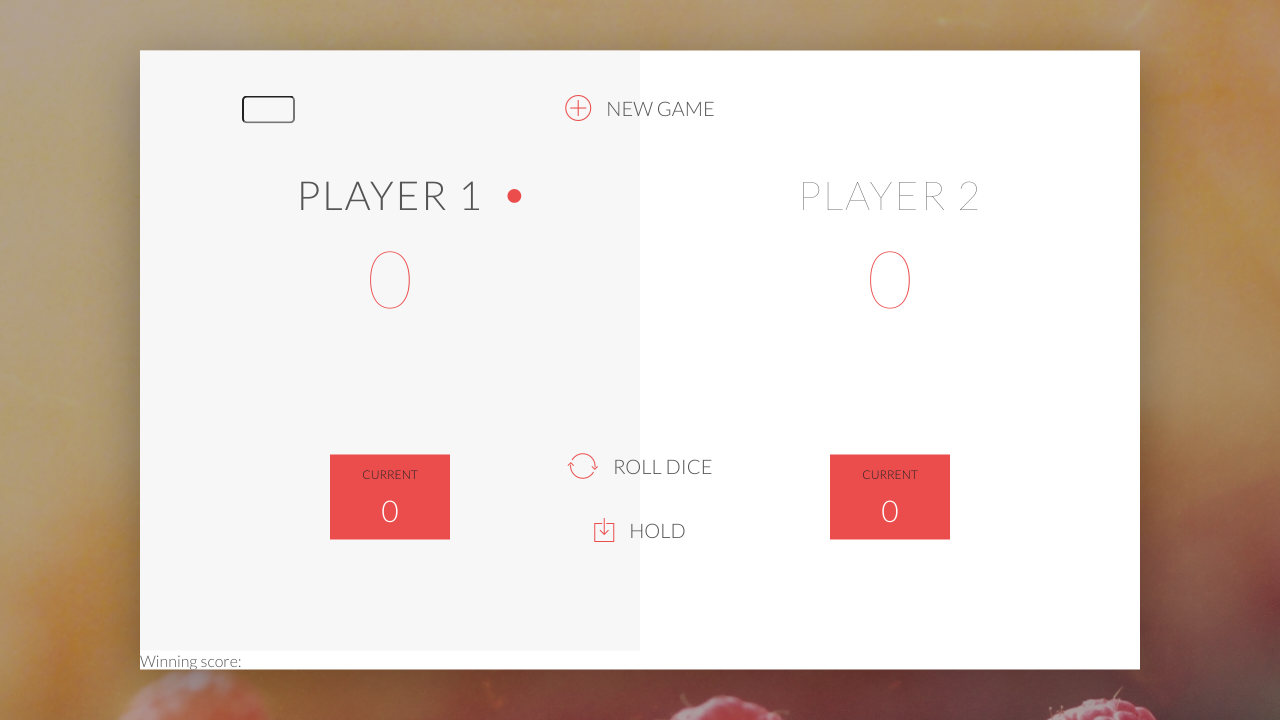
Repository: hexanek/hexanek.github.io
Page: pig-game/index.html
An editor plug-in stored every save of this project. The page is shown before and after the next save, followed by the edit.
The browser window is 1280 px wide. The pictures show the whole page.

Above is the page before, as saved 2019-12-19 23:30:56.

### pig-game/index.html
<!DOCTYPE html>
<html lang="en">
    <head>
        <meta charset="UTF-8">
        <link href="https://fonts.googleapis.com/css?family=Lato:100,300,600" rel="stylesheet" type="text/css">
        <link href="http://code.ionicframework.com/ionicons/2.0.1/css/ionicons.min.css" rel="stylesheet" type="text/css">
        <link type="text/css" rel="stylesheet" href="style.css">

        <title>Pig Game</title>
    </head>

    <body>
        <div class="wrapper clearfix">
            <div class="player-0-panel active">
                <div class="player-name" id="name-0">Player 1</div>
                <div class="player-score" id="score-0">43</div>
                <div class="player-current-box">
                    <div class="player-current-label">Current</div>
                    <div class="player-current-score" id="current-0">11</div>
                </div>
            </div>

            <div class="player-1-panel">
                <div class="player-name" id="name-1">Player 2</div>
                <div class="player-score" id="score-1">72</div>
                <div class="player-current-box">
                    <div class="player-current-label">Current</div>
                    <div class="player-current-score" id="current-1">0</div>
                </div>
            </div>

            <button class="btn-new"><i class="ion-ios-plus-outline"></i>New game</button>
            <button class="btn-roll"><i class="ion-ios-loop"></i>Roll dice</button>
            <button class="btn-hold"><i class="ion-ios-download-outline"></i>Hold</button>
            <!-- <button class="btn-save" form="formScore"><i class="ion-archive"></i>Save</button> -->
            <!-- <form action="#" class="form-score" id="formScore"> -->
            Winning score: <input class="input-score" type="number" name="WinningScore" id="winScore">
            <!-- </form> -->
            <img src="dice-5.png" alt="Dice" class="dice">
            <img src="dice-4.png" alt="Dice2" class="dice2" id="dice2">

        </div>

        <script src="app.js"></script>
    </body>
</html>

### pig-game/style.css
/**********************************************
*** GENERAL
**********************************************/

* {
    margin: 0;
    padding: 0;
    box-sizing: border-box;

}

.clearfix::after {
    content: "";
    display: table;
    clear: both;
}

body {
    background-image: linear-gradient(rgba(62, 20, 20, 0.4), rgba(62, 20, 20, 0.4)), url(back.jpg);
    background-size: cover;
    background-position: center;
    font-family: Lato;
    font-weight: 300;
    position: relative;
    height: 100vh;
    color: #555;
}

.wrapper {
    width: 1000px;
    position: absolute;
    top: 50%;
    left: 50%;
    transform: translate(-50%, -50%);
    background-color: #fff;
    box-shadow: 0px 10px 50px rgba(0, 0, 0, 0.3);
    overflow: hidden;
}

.player-0-panel,
.player-1-panel {
    width: 50%;
    float: left;
    height: 600px;
    padding: 100px;
}



/**********************************************
*** PLAYERS
**********************************************/

.player-name {
    font-size: 40px;
    text-align: center;
    text-transform: uppercase;
    letter-spacing: 2px;
    font-weight: 100;
    margin-top: 20px;
    margin-bottom: 10px;
    position: relative;
}

.player-score {
    text-align: center;
    font-size: 80px;
    font-weight: 100;
    color: #EB4D4D;
    margin-bottom: 130px;
}

.active { background-color: #f7f7f7; }
.active .player-name { font-weight: 300; }

.active .player-name::after {
    content: "\2022";
    font-size: 47px;
    position: absolute;
    color: #EB4D4D;
    top: -7px;
    right: 10px;

}

.player-current-box {
    background-color: #EB4D4D;
    color: #fff;
    width: 40%;
    margin: 0 auto;
    padding: 12px;
    text-align: center;
}

.player-current-label {
    text-transform: uppercase;
    margin-bottom: 10px;
    font-size: 12px;
    color: #222;
}

.player-current-score {
    font-size: 30px;
}

button {
    position: absolute;
    width: 200px;
    left: 50%;
    transform: translateX(-50%);
    color: #555;
    background: none;
    border: none;
    font-family: Lato;
    font-size: 20px;
    text-transform: uppercase;
    cursor: pointer;
    font-weight: 300;
    transition: background-color 0.3s, color 0.3s;
}


button:hover { font-weight: 600; }
button:hover i { margin-right: 20px; }

button:focus {
    outline: none;
}

i {
    color: #EB4D4D;
    display: inline-block;
    margin-right: 15px;
    font-size: 32px;
    line-height: 1;
    vertical-align: text-top;
    margin-top: -4px;
    transition: margin 0.3s;
}

.btn-new { top: 45px;}
.btn-roll { top: 403px;}
.btn-hold { top: 467px;}
.btn-save {
    left: 90%;
    top: 45px;
}
/* .input-score {
     top: 83px;
     position: absolute;
    width: 53px;
    left: 50%;
    transform: translateX(-50%);
    color: #555;
    background: none;
    border-radius: 5px;
    font-family: Lato;
    font-size: 20px;
    text-transform: uppercase;
    cursor: default;
    font-weight: 300;
    transition: background-color 0.3s, color 0.3s;
    } */
.input:focus{
    border: 3px solid #555;
}
/* .form-score{
    top: 45px;
     position: absolute;
    width: 240px;
    left: 73%;
    transform: translateX(-50%);
    color: #555;
    background: none;
    border-radius: 5px;
    font-family: Lato;
    font-size: 20px;
    text-transform: uppercase;
    cursor: default;
    font-weight: 300;
    transition: background-color 0.3s, color 0.3s;
} */
.input-score {
    position: absolute;
    text-align: center;
    width: 53px;
    top: 45px;
    color: #555;
    background: none;
    border-radius: 5px;
    font-family: Lato;
    font-size: 20px;
    text-transform: uppercase;
    cursor: default;
    font-weight: 300;
    transition: background-color 0.3s, color 0.3s;
}

.dice {
    position: absolute;
    left: 55%;
    top: 178px;
    transform: translateX(-50%);
    height: 100px;
    box-shadow: 0px 10px 60px rgba(0, 0, 0, 0.10);
}
.dice2 {
    position: absolute;
    left: 45%;
    top: 178px;
    transform: translateX(-50%);
    height: 100px;
    box-shadow: 0px 10px 60px rgba(0, 0, 0, 0.10);
}

.winner { background-color: #f7f7f7; }
.winner .player-name { font-weight: 300; color: #EB4D4D; }

### pig-game/app.js

var scores, roundScore, activePlayer, gamePlaying, doubleSix, winScore, dice2;
    init();



document.querySelector('.btn-roll').addEventListener('click', function(){
    if(gamePlaying){
    var dice = Math.floor(Math.random() * 6) + 1;
    var dice2 = Math.floor(Math.random() * 6) + 1;


    var diceDom = document.querySelector('.dice');
    diceDom.style.display = 'block';
    diceDom.src = 'dice-' + dice + '.png';

    var dice2Dom = document.querySelector('.dice2');
    dice2Dom.style.display = 'block';
    dice2Dom.src = 'dice-' + dice2 + '.png';

    if (dice !== 1 && doubleSix !== dice && doubleSix !== dice2) {

        doubleSix = dice;
        roundScore += dice;
        roundScore += dice2;
        document.querySelector('#current-' + activePlayer).textContent = roundScore;

    } else {

        nextPlayer();
        doubleSix = 0;

    }


}


});




document.querySelector('.btn-hold').addEventListener('click', function(){
    if(gamePlaying){
    scores[activePlayer] += roundScore;
    document.querySelector('#score-' + activePlayer).textContent = scores[activePlayer];
    doubleSix = 0;


    if (scores[activePlayer] >= winScore) {
        document.getElementById('name-' + activePlayer).textContent = 'Winner!';
        document.querySelector('.player-'+activePlayer+ '-panel').classList.add('winner');
        document.querySelector('.player-'+activePlayer+ '-panel').classList.remove('active');
        document.querySelector('.dice').style.display = 'none';
        document.querySelector('.dice2').style.display = 'none';
        gamePlaying = false;


    } else {
        nextPlayer();

    }
}
});

document.querySelector('.btn-new').addEventListener('click',  init);


function nextPlayer(){
    activePlayer === 0 ? activePlayer = 1 : activePlayer = 0;
        roundScore = 0;
        document.getElementById('current-0').textContent = '0';
        document.getElementById('current-1').textContent = '0';

        document.querySelector('.player-0-panel').classList.toggle('active');
        document.querySelector('.player-1-panel').classList.toggle('active');

        document.querySelector('.dice').style.display = 'none';
        document.querySelector('.dice2').style.display = 'none';
}

function init(){
    scores = [0,0];
    roundScore = 0;
    activePlayer = 0;
    gamePlaying = true;

    document.querySelector('.dice').style.display = 'none';
    document.querySelector('.dice2').style.display = 'none';

    //document.querySelector('#current-'+ activePlayer).textContent = dice;
    document.getElementById('score-0').textContent = '0';
    document.getElementById('score-1').textContent = '0';
    document.getElementById('current-0').textContent = '0';
    document.getElementById('current-1').textContent = '0';
    document.getElementById('name-0').textContent = 'Player 1';
    document.getElementById('name-1').textContent = 'Player 2';
    document.querySelector('.player-0-panel').classList.remove('winner');
    document.querySelector('.player-1-panel').classList.remove('winner');
    document.querySelector('.player-0-panel').classList.remove('active');
    document.querySelector('.player-1-panel').classList.remove('active');
    document.querySelector('.player-0-panel').classList.add('active');
    winScore = document.getElementById('winScore').value;


}

After the next save:
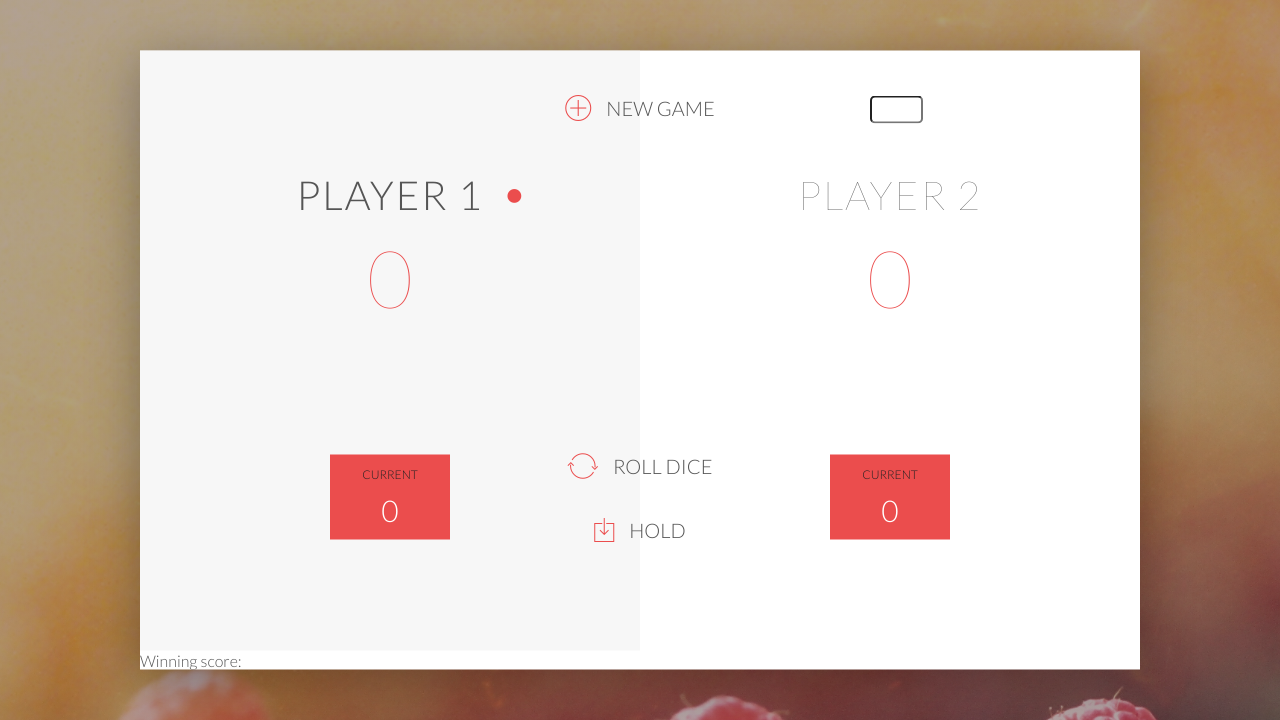
Saved 26 s later.
--- a/pig-game/style.css
+++ b/pig-game/style.css
@@ -185,6 +185,7 @@ i {
     text-align: center;
     width: 53px;
     top: 45px;
+    left: 73%;
     color: #555;
     background: none;
     border-radius: 5px;
